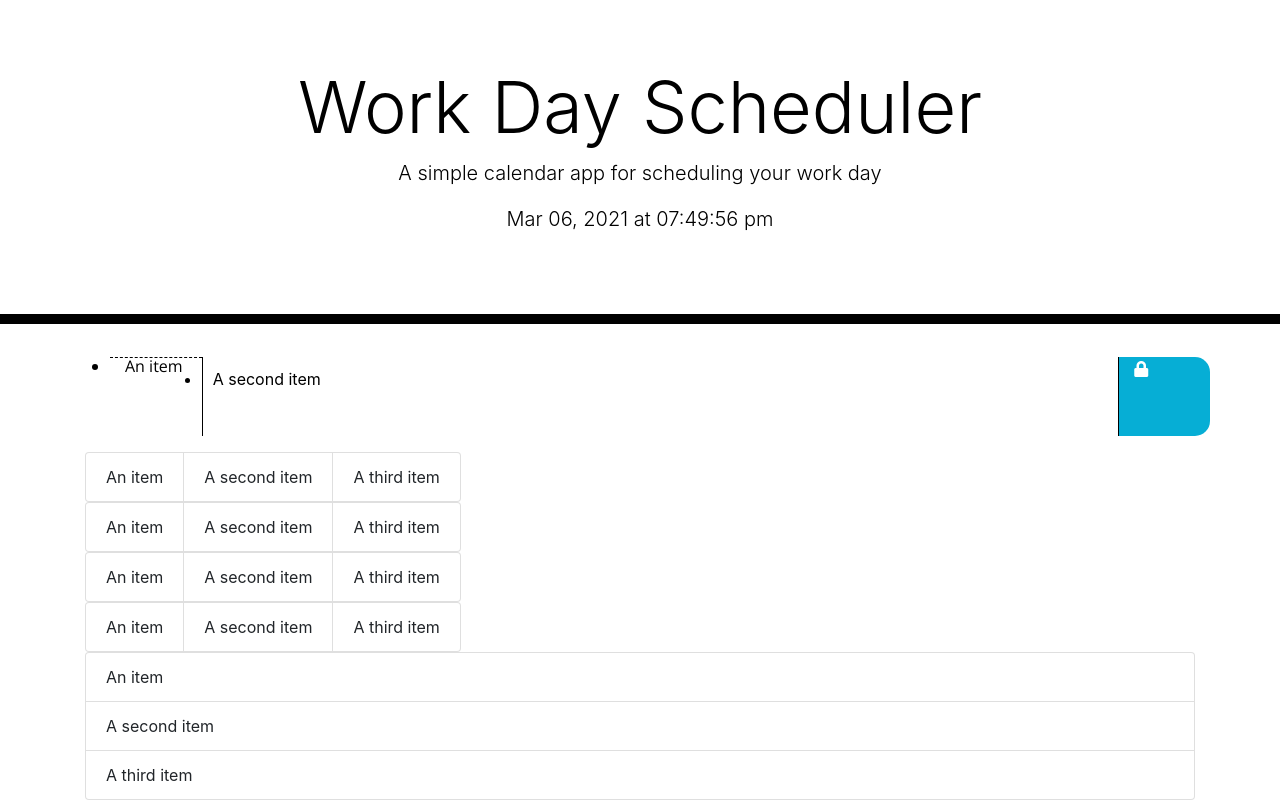
Repository: ziffoit/Work-Day_Scheduler
Page: Develop/index.html
An editor plug-in stored every save of this project. The page is shown before and after the next save, followed by the edit.
The browser window is 1280 px wide. The pictures show the whole page.
Some web libraries are served in a nearby version.

Above is the page before, as saved 2021-03-17 18:35:09.

### Develop/index.html
<!DOCTYPE html>
<html lang="en">
  <head>
    <meta charset="UTF-8" />
    <meta name="viewport" content="width=device-width, initial-scale=1.0" />
    <meta http-equiv="X-UA-Compatible" content="ie=edge" />
    <link
      rel="stylesheet"
      href="https://stackpath.bootstrapcdn.com/bootstrap/4.3.1/css/bootstrap.min.css"
    />
    <link
      rel="stylesheet"
      href="https://use.fontawesome.com/releases/v5.8.1/css/all.css"
      integrity="sha384-50oBUHEmvpQ+1lW4y57PTFmhCaXp0ML5d60M1M7uH2+nqUivzIebhndOJK28anvf"
      crossorigin="anonymous"
    />
    <link
      href="https://fonts.googleapis.com/css?family=Open+Sans&display=swap"
      rel="stylesheet"
    />
    <link rel="stylesheet" href="style.css" />
    <title>Work Day Scheduler</title>
  </head>

  <body>
    <header class="jumbotron">
      <h1 class="display-3">Work Day Scheduler</h1>
      <p class="lead">A simple calendar app for scheduling your work day</p>
      <p id="currentDay" class="lead"></p>
    </header>
    <div class="container">
      <ul class="row">
        <li class="col-1 hour hourbody">An item</li>
        <li class="col-10 description textarea">A second item</li>
        <li class="col-1 saveBtn"><i class="fas fa-lock"></i></li>
      </ul>
      <ul class="list-group list-group-horizontal-sm">
        <li class="list-group-item">An item</li>
        <li class="list-group-item">A second item</li>
        <li class="list-group-item">A third item</li>
      </ul>
      <ul class="list-group list-group-horizontal-md">
        <li class="list-group-item">An item</li>
        <li class="list-group-item">A second item</li>
        <li class="list-group-item">A third item</li>
      </ul>
      <ul class="list-group list-group-horizontal-lg">
        <li class="list-group-item">An item</li>
        <li class="list-group-item">A second item</li>
        <li class="list-group-item">A third item</li>
      </ul>
      <ul class="list-group list-group-horizontal-xl">
        <li class="list-group-item">An item</li>
        <li class="list-group-item">A second item</li>
        <li class="list-group-item">A third item</li>
      </ul>
      <ul class="list-group list-group-horizontal-xxl">
        <li class="list-group-item">An item</li>
        <li class="list-group-item">A second item</li>
        <li class="list-group-item">A third item</li>
      </ul>
      <!-- Timeblocks go here -->
    </div>

    <script src="https://cdnjs.cloudflare.com/ajax/libs/jquery/3.2.1/jquery.min.js"></script>
    <script src="https://cdnjs.cloudflare.com/ajax/libs/moment.js/2.24.0/moment.min.js"></script>
    <script src="script.js"></script>
  </body>
</html>

### Develop/style.css
.hourbody {
  font-family: "Open Sans", sans-serif;
  font-size: 16px;
  line-height: 1;
}

.textarea {
  background: transparent;
  border: none;
  resize: none;
  color: #000000;
  border-left: 1px solid black;
  padding: 10px;
}

.jumbotron {
  text-align: center;
  background-color: transparent;
  color: black;
  border-radius: 0;
  border-bottom: 10px solid black;
}

.description {
  white-space: pre-wrap;
}

.time-block {
  text-align: center;
  border-radius: 15px;
}

.row {
  white-space: pre-wrap;
  height: 80px;
  border-top: 1px solid white;
}

.hour {
  background-color: #ffffff;
  color: #000000;
  border-top: 1px dashed #000000;
}

.past {
  background-color: #d3d3d3;
  color: white;
}

.present {
  background-color: #ff6961;
  color: white;
}

.future {
  background-color: #77dd77;
  color: white;
}

.saveBtn {
  border-left: 1px solid black;
  border-top-right-radius: 15px;
  border-bottom-right-radius: 15px;
  background-color: #06aed5;
  color: white;
}

.saveBtn i:hover {
  font-size: 20px;
  transition: all 0.3s ease-in-out;
}

### Develop/script.js
var currentDay = $('#currentDay')

function dateAndTime() {
    var rightNow = moment().format('MMM DD, YYYY [at] hh:mm:ss a');
    currentDay.text(rightNow);
  }

  setInterval(dateAndTime, 1000)

After the next save:
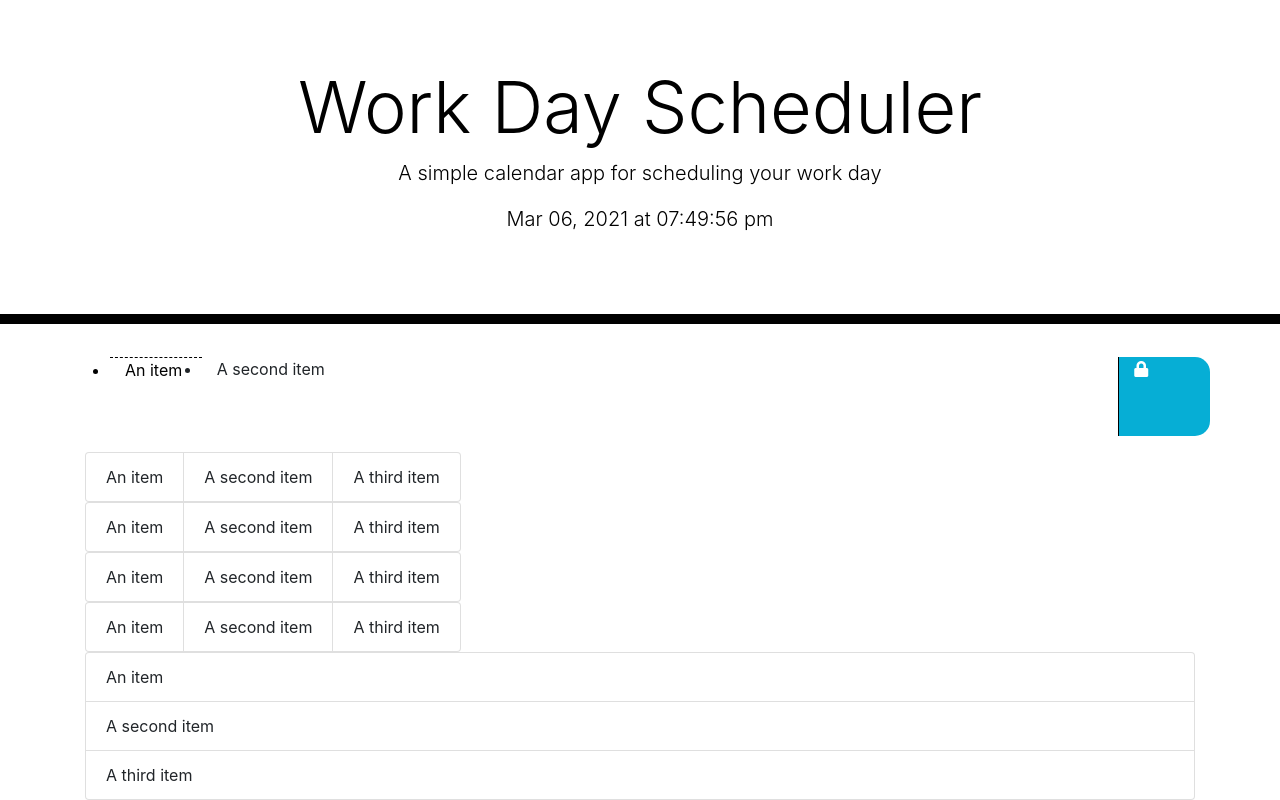
Saved 2 min 13 s later.
--- a/Develop/style.css
+++ b/Develop/style.css
@@ -1,10 +1,10 @@
-.hourbody {
+hourbody {
   font-family: "Open Sans", sans-serif;
   font-size: 16px;
   line-height: 1;
 }
 
-.textarea {
+textarea {
   background: transparent;
   border: none;
   resize: none;
